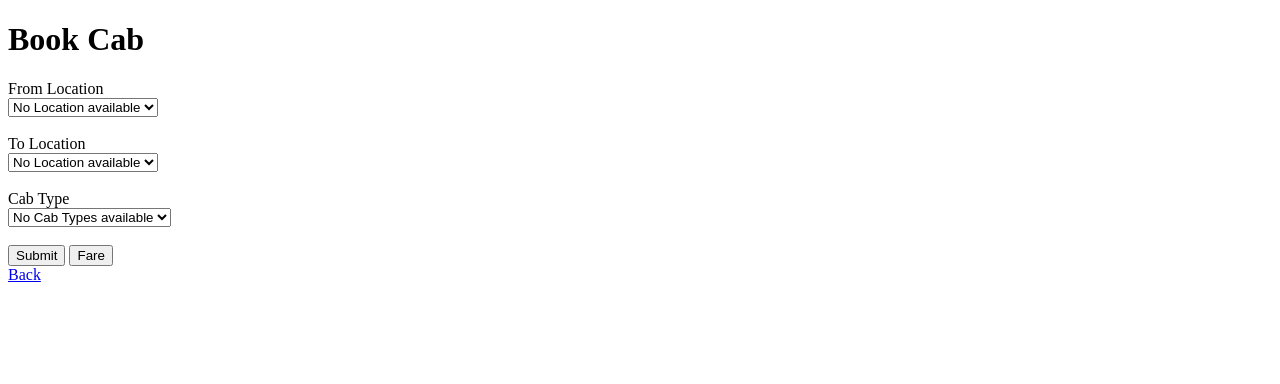
Repository: SumanaDasFullStack/CourseEndProject
Page: http://localhost/book
The author's editor kept a copy of each file at every save. The page is drawn from the files as they stood at one save, then again after the next save.
The browser window is 1280 px wide. The pictures show the whole page.
The page is this project's Thymeleaf template; nobody is signed in. The template is opened directly, without the code that normally fills it, so the values that code supplies are empty.

Above is the page before, as saved 2024-10-29 18:09:03.

After the next save:
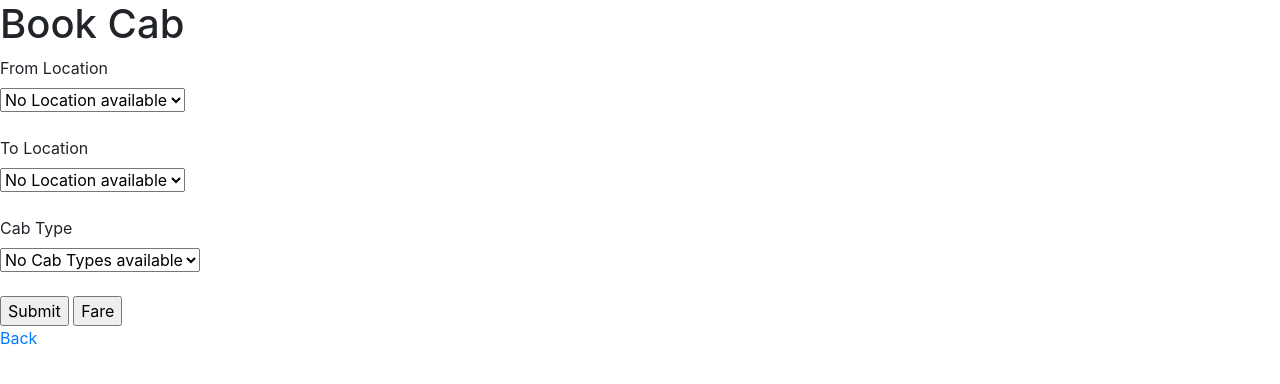
Saved 111 s later.
--- a/cab-booking-microservice/src/main/resources/templates/book.html
+++ b/cab-booking-microservice/src/main/resources/templates/book.html
@@ -3,7 +3,7 @@
 <head>
 <meta charset="UTF-8">
 <title>Insert title here</title>
-
+<link rel="stylesheet" href="https://cdnjs.cloudflare.com/ajax/libs/bootstrap/4.5.2/css/bootstrap.min.css">
 </head>
 <body>
 <span style="color:red" th:text="${result}"></span>
